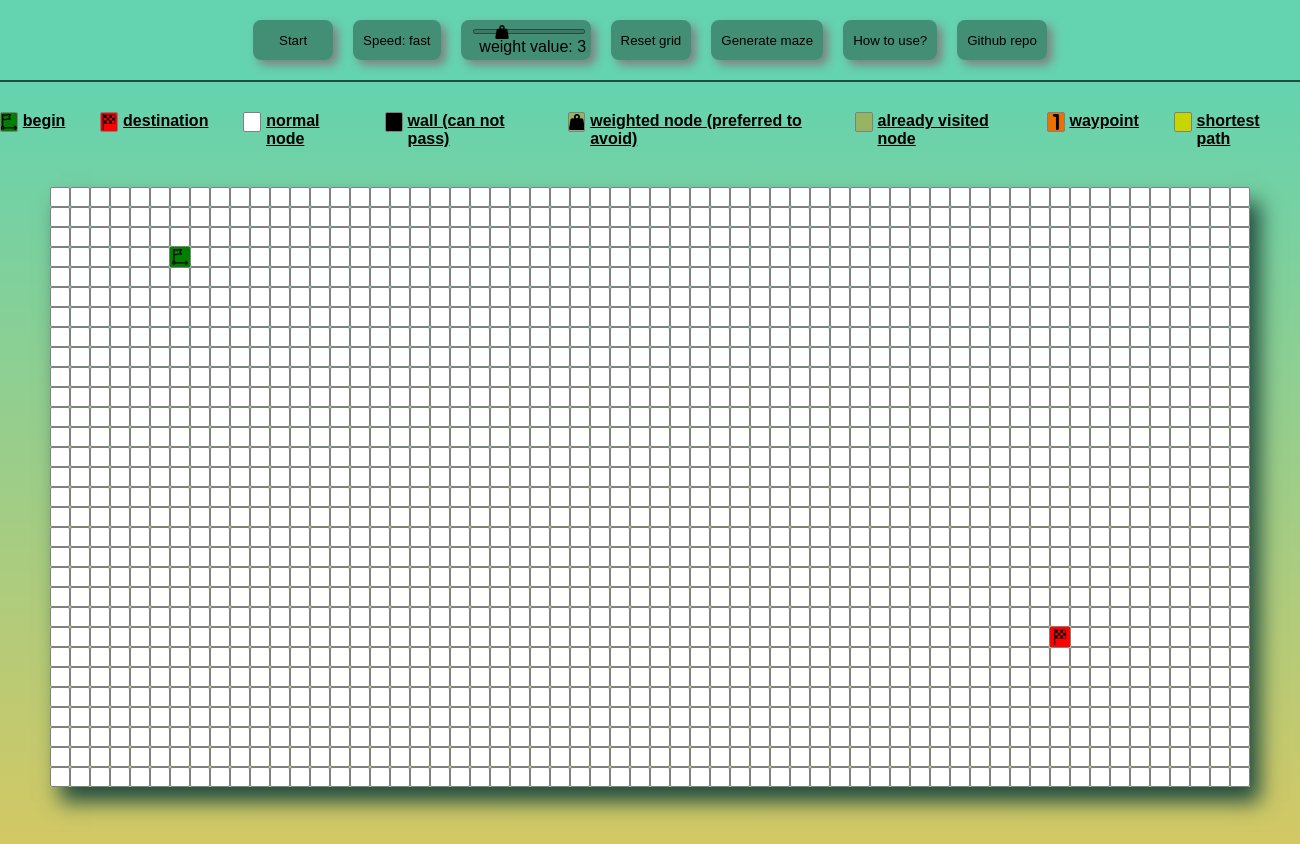
Repository: Daan-v-Berkel/PancakeFear.github.io
Page: index.html
The author's editor kept a copy of each file at every save. The page is drawn from the files as they stood at one save, then again after the next save.
The browser window is 1280 px wide. The page is 1300 px wide, so the pictures cover 1300 px, including what lies to the right of the window. The pictures show the whole page.
Some web fonts or font styles are not loaded; a fallback is used.

Above is the page before, as saved 2021-11-15 20:17:37.

After the next save:
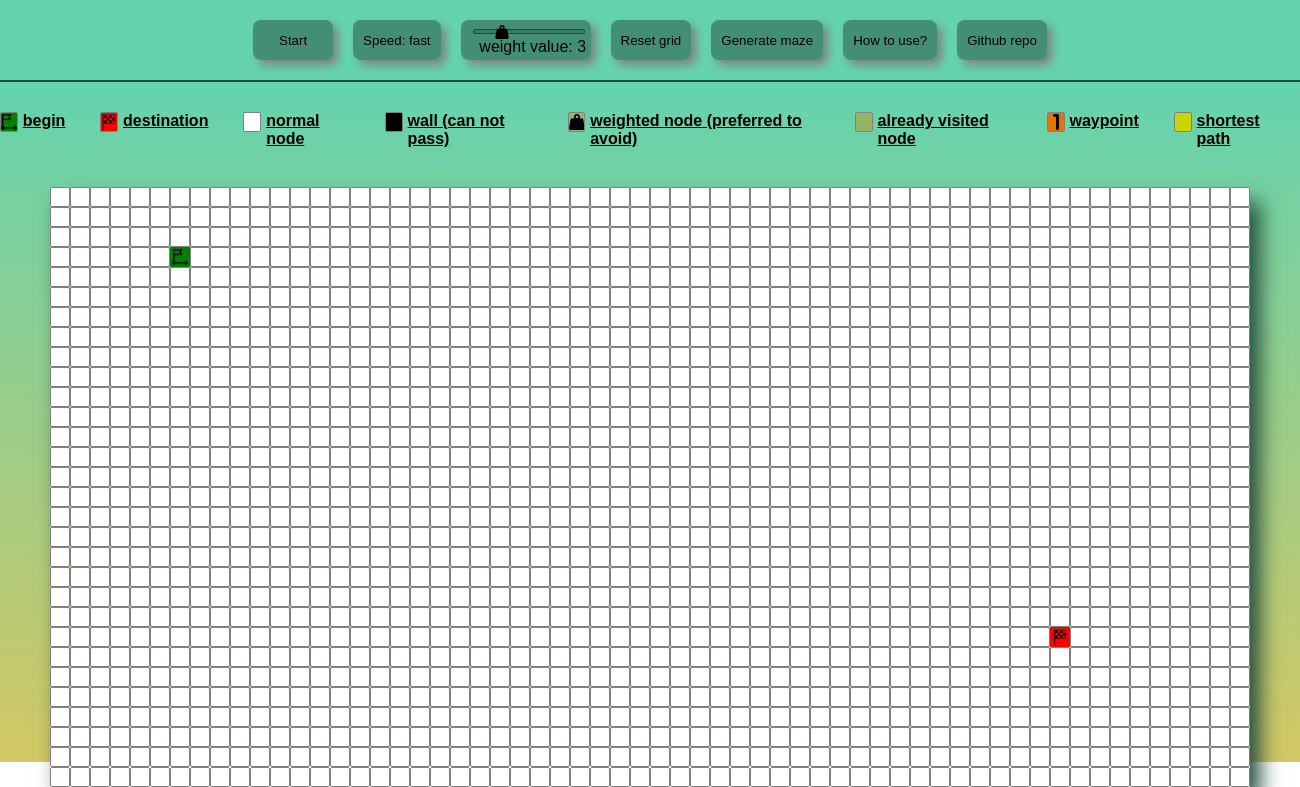
Saved 41 s later.
--- a/Style.css
+++ b/Style.css
@@ -16,7 +16,7 @@ body {
 }
 
 .hero {
-  height: 100%;
+  height: inherit;
   padding-top: 80px;
   background: linear-gradient(rgb(100, 211, 175), rgb(211, 200, 100));
 }
